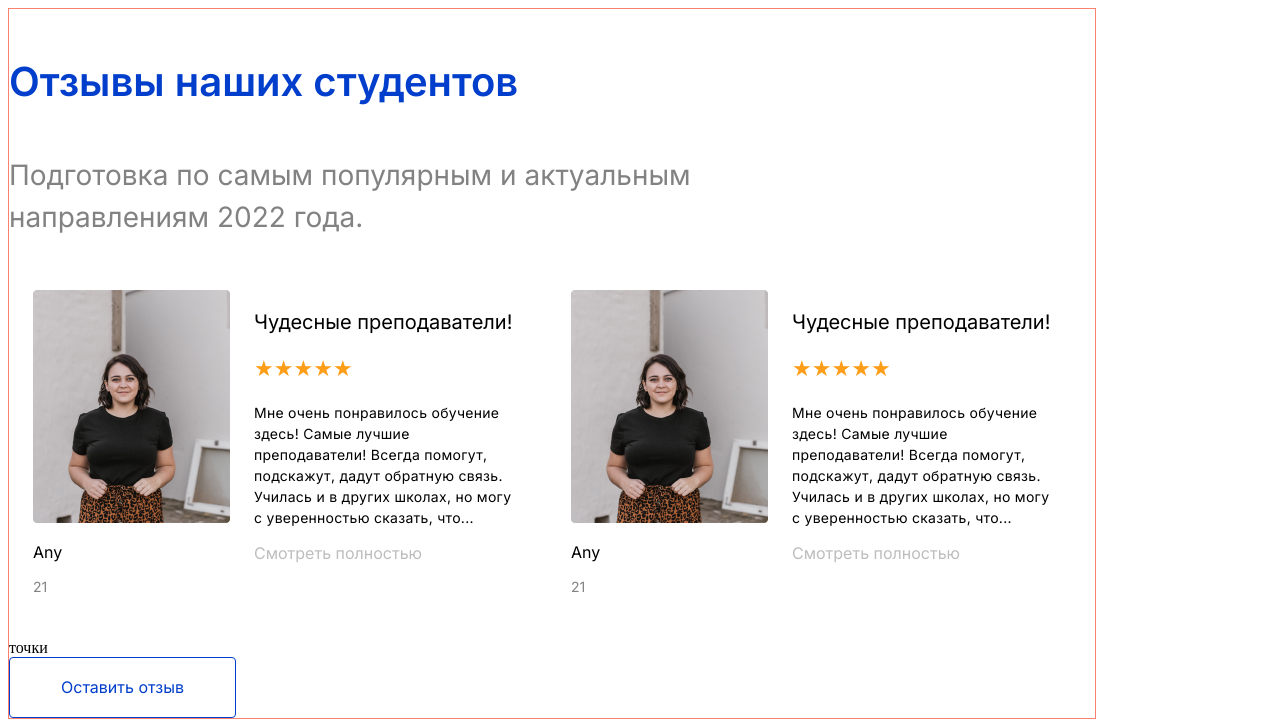
Repository: Malvuna/Studi
Page: index.html
An editor plug-in stored every save of this project. The page is shown before and after the next save, followed by the edit.
The browser window is 1280 px wide. The pictures show the whole page.

Above is the page before, as saved 2022-07-11 17:35:27.

### index.html

<!DOCTYPE html>
<html lang="en">
  <head>
    <meta charset="UTF-8" />
    <meta http-equiv="X-UA-Compatible" content="IE=edge" />
    <meta name="viewport" content="width=device-width, initial-scale=1.0" />
    <link rel="stylesheet" href="./css/style.css" />
    <link rel="preconnect" href="https://fonts.googleapis.com">
    <link rel="preconnect" href="https://fonts.gstatic.com" crossorigin>
    <link href="https://fonts.googleapis.com/css2?family=Caveat:wght@400;600;700&family=Inter:wght@400;600;700&display=swap" rel="stylesheet">
  <body>
    <header>
    </header>

    <main>
      <div id="container" class="container">

      <p class="h1">Отзывы наших студентов</p>
      <p class="head">Подготовка по самым популярным и актуальным </br> направлениям 2022 года.</p>
      <div id="divAllCard"> </div>
      <div>точки</div>
      <button class="button">Оставить отзыв</button>

    </div>
    </main>


    <footer>

    </footer>

  </body>
  <script type="module" src="./javascript/javascript.js"></script>
</html>

### css/style.css
body {
  background-color: white;
}

.container {
  width: 1086px;
  border: 1px salmon solid;
  text-align: left;
}

.h1 {
  font-family: "Inter";
  font-style: normal;
  font-weight: 600;
  font-size: 40px;
  line-height: 65px;
  color: #003ecb;
}

.head {
  font-family: "Inter";
  font-style: normal;
  font-weight: 400;
  font-size: 28px;
  line-height: 42px;
  color: #828282;
}

.divAllCard {
  display: flex;
}

.divOneCard {
  width: 490px;
  height: 325px;
  background-color: white;
  display: flex;
  padding: 24px 24px;
}

.textName {
  font-family: "Inter";
  font-style: normal;
  font-weight: 400;
  font-size: 16px;
  line-height: 19px;
  color: #000000;
}

.textAge {
  font-family: "Inter";
  font-style: normal;
  font-weight: 400;
  font-size: 14px;
  line-height: 17px;
  color: #828282;
}

.cardRight {
  padding-left: 24px;
}

.textHead {
  font-family: "Inter";
  font-style: normal;
  font-weight: 500;
  font-size: 20px;
  line-height: 24px;
  color: #000000;
}

.textStar {
  font-family: "Inter";
  font-style: normal;
  font-weight: 500;
  font-size: 22px;
  line-height: 24px;
  color: #fe9d17;
}

.textText {
  font-family: "Inter";
  font-style: normal;
  font-weight: 400;
  font-size: 14px;
  line-height: 21px;
  letter-spacing: 0.02em;
  color: #000000;
}

.textAll {
  font-family: "Inter";
  font-style: normal;
  font-weight: 400;
  font-size: 16px;
  line-height: 19px;
  color: #bdbdbd;
}

.button {
  width: 227px;
  height: 61px;

  background: #ffffff;
  border: 1px solid #003ecb;
  border-radius: 4px;

  font-family: "Inter";
  font-style: normal;
  font-weight: 500;
  font-size: 16px;
  line-height: 45px;
  color: #003ecb;
}

### javascript/javascript.js
//Общий контейнер
let container = document.querySelector("#container");

//див с карточками
let divAllCard = document.querySelector("#divAllCard");
divAllCard.className = "divAllCard";

//див одной карточки
let divOneCard = document.createElement("div");
divOneCard.className = "divOneCard";
divAllCard.append(divOneCard);


//карточка левый блок
let cardLeft = document.createElement("div");
divOneCard.append(cardLeft);

let cardImg = document.createElement("img");
cardImg.src = "/img/Photo.jpg"
cardLeft.append(cardImg);

let textName = document.createElement("p");
textName.innerHTML = "Any";
textName.className = "textName";
cardLeft.append(textName);

let textAge = document.createElement("p");
textAge.innerHTML = "21";
textAge.className = "textAge";
cardLeft.append(textAge);

//карточка парвый блок
let cardRight = document.createElement("div");
cardRight.className = "cardRight";
divOneCard.append(cardRight);

let textHead = document.createElement("p");
textHead.innerHTML = "Чудесные преподаватели!";
textHead.className = "textHead";
cardRight.append(textHead);

let textStar = document.createElement("p");
textStar.innerHTML = "★★★★★";
textStar.className = "textStar";
cardRight.append(textStar);

let textText = document.createElement("p");
textText.innerHTML = "Мне очень понравилось  обучение здесь! Самые лучшие преподаватели! Всегда помогут, подскажут, дадут обратную связь. Училась и в других школах, но могу с уверенностью сказать, что...";
textText.className = "textText";
cardRight.append(textText);

let textAll = document.createElement("p");
textAll.innerHTML = "Смотреть полностью";
textAll.className = "textAll";
cardRight.append(textAll);


// вторая карточка
var divTwoCard = divOneCard.cloneNode(true);
divAllCard.append(divTwoCard);

After the next save:
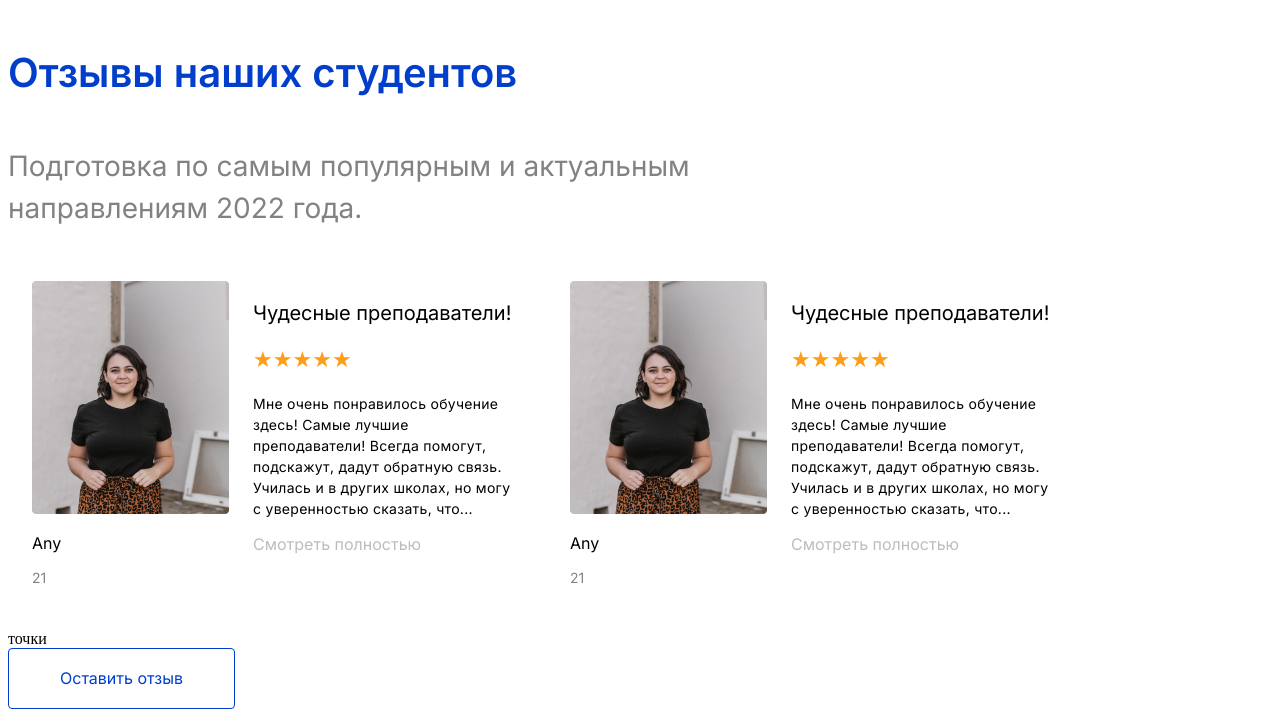
Saved 5 s later.
--- a/css/style.css
+++ b/css/style.css
@@ -4,7 +4,6 @@
 
 .container {
   width: 1086px;
-  border: 1px salmon solid;
   text-align: left;
 }
 

After the save that followed:
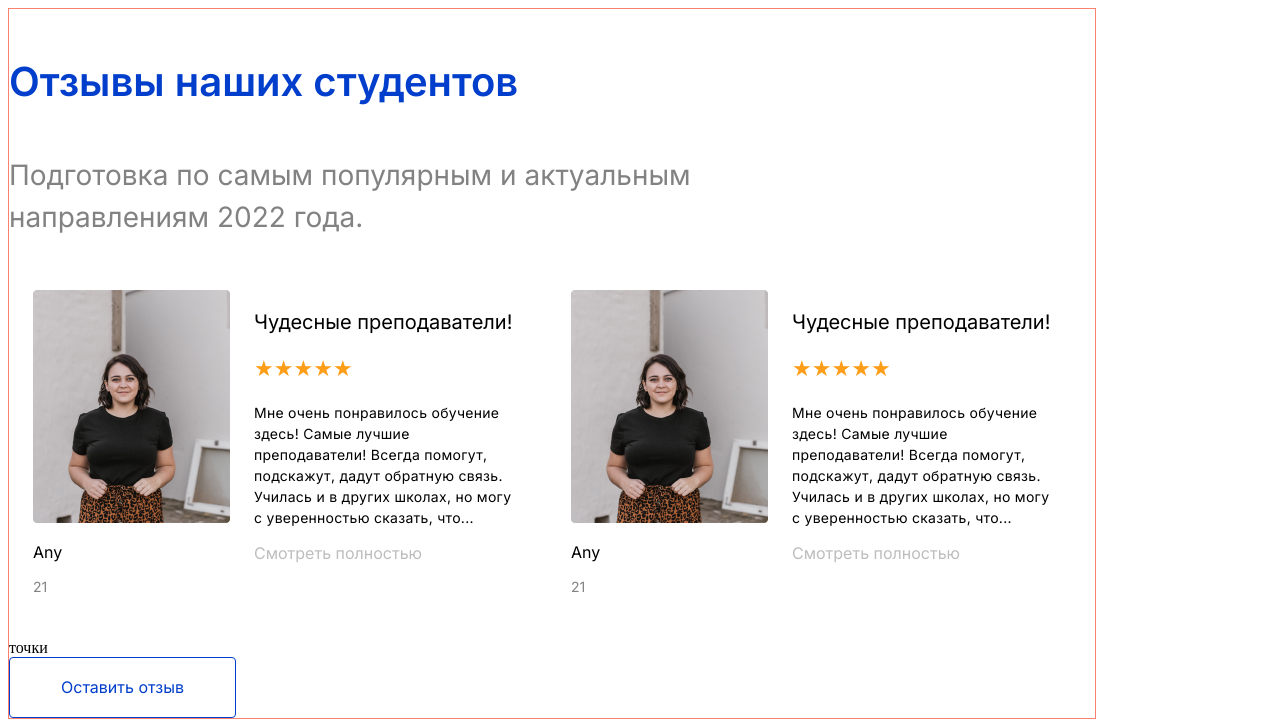
Saved 18 s later.
--- a/css/style.css
+++ b/css/style.css
@@ -4,6 +4,7 @@
 
 .container {
   width: 1086px;
+  border: 1px salmon solid;
   text-align: left;
 }
 
